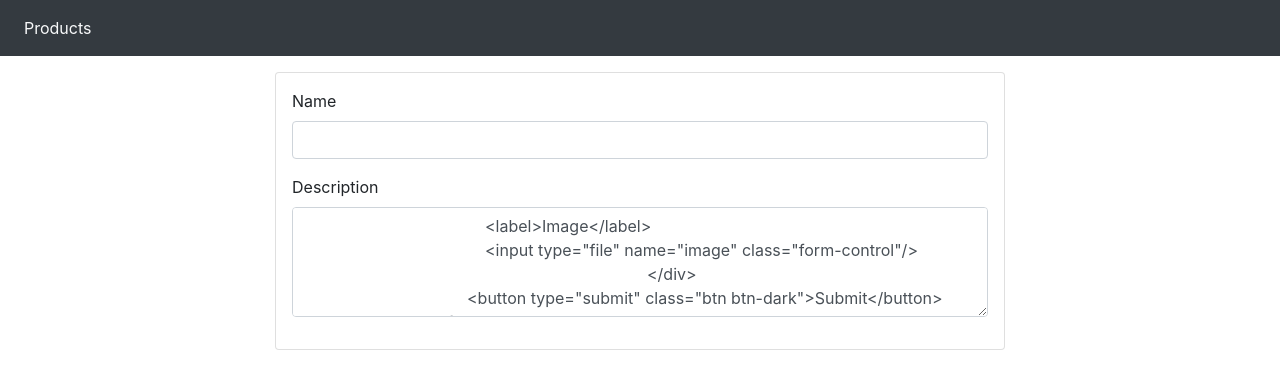
Repository: Aniksaha19/curd
Page: http://localhost/products/create
These files come from the project's save history. The page is drawn as it stood at one moment and after the next save; the edit follows.
The browser window is 1280 px wide. The pictures show the whole page.
The page is served by the project's Laravel application, run on PHP 8.4 with Laravel 10. Other server files are loaded and not shown.

Above is the page before, as saved 2023-06-01 17:25:17.

### routes/web.php
<?php

use Illuminate\Support\Facades\Route;
use App\Http\Controllers\ProductController;

/*
|--------------------------------------------------------------------------
| Web Routes
|--------------------------------------------------------------------------
|
| Here is where you can register web routes for your application. These
| routes are loaded by the RouteServiceProvider and all of them will
| be assigned to the "web" middleware group. Make something great!
|
*/

Route::get('/', [ProductController::class, 'index'])->name('products.index');
Route::get('products/create', [ProductController::class, 'create'])->name('products.create');
Route::post('products/store', [ProductController::class, 'store'])->name('products.store');

### app/Http/Controllers/ProductController.php
<?php

namespace App\Http\Controllers;

use Illuminate\Http\Request;
use App\Models\Product;

class ProductController extends Controller
{
    public function index(){
        return view('products.index');
    }
    public function create(){
        return view('products.create');
    }
    public function store(Request $request){

        //validate date
        $request->validate([
            'name' => 'required',
            'description'=> 'required',
            'image' => 'required|mimes:jpeg,jpg,png,gif|max:1000'
        ]);
        //upload image
        // dd($request->all());
        $imagesName = time().'.'.$request->image->extension();
        $request->image->move(public_path('products'), $imagesName);

        $product = new Product;
        $product->image = $imagesName;
        $product->name = $request->name;
        $product->description = $request->description;

        $product->save();
        return back();
        // dd($imagesName);
    }
}

### resources/views/products/create.blade.php
<!DOCTYPE html>
<html lang="en">
<head>
    <meta charset="UTF-8">
    <meta http-equiv="X-UA-Compatible" content="IE=edge">
    <meta name="viewport" content="width=device-width, initial-scale=1.0">
    <title>Laravel CURD</title>

    <link rel="stylesheet" href="https://cdn.jsdelivr.net/npm/bootstrap@4.6.2/dist/css/bootstrap.min.css">
    <script src="https://cdn.jsdelivr.net/npm/jquery@3.6.4/dist/jquery.slim.min.js"></script>
    <script src="https://cdn.jsdelivr.net/npm/popper.js@1.16.1/dist/umd/popper.min.js"></script>
    <script src="https://cdn.jsdelivr.net/npm/bootstrap@4.6.2/dist/js/bootstrap.bundle.min.js"></script>
</head>
<body>

        <nav class="navbar navbar-expand-sm bg-dark">
            <ul class="navbar-nav">
                <li class="nav-item">
                    <a class="nav-link text-light" href="/">Products</a>
                </li>
            </ul>
        </nav>
           <div class="container">
                <div class="row justify-content-center">
                    <div class="col-sm-8">
                        <div class="card mt-3 p-3">
                            <form method="POST" action="/products/store" enctype="multipart/form-data">
                                @csrf
                                <div class="form-group">
                                    <label>Name</label>
                                    <input type="text" name="name" class="form-control" value="{{ old('name') }}"/>
                                    @if($errors->has('name'))
                                        <span class="text-danger">{{ $errors->first('name') }}</span>
                                    @endif
                                </div>
                                <div class="form-group">
                                    <label>Description</label>
                                    <textarea class="form-control" rows="4" name="description" value="{{ old('name') }}></textarea>
                                    @if($errors->has('description'))
                                        <span class="text-danger">{{ $errors->first('description') }}</span>
                                    @endif
                                </div>
                                    <div class="form-group">
                                        <label>Image</label>
                                        <input type="file" name="image" class="form-control"/>
                                        @if($errors->has('image'))
                                            <span class="text-danger">{{ $errors->first('image') }}</span>
                                        @endif
                                    </div>
                                    <button type="submit" class="btn btn-dark">Submit</button>
                            </form>
                        </div>
                    </div>
                </div>
           </div>
        </div>
</body>
</html>

Loaded but not shown: app/Http/Controllers/Controller.php (common file)

After the next save:
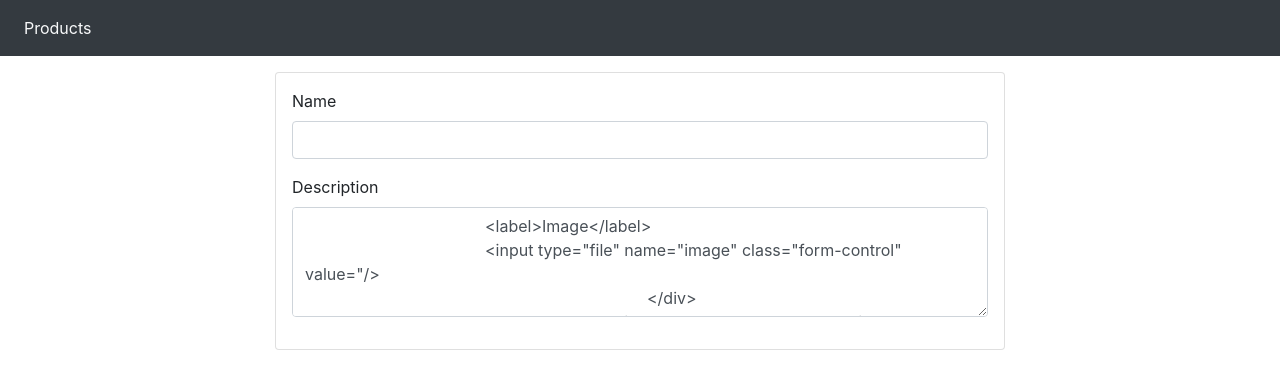
Saved 7 s later.
--- a/resources/views/products/create.blade.php
+++ b/resources/views/products/create.blade.php
@@ -42,7 +42,7 @@
                                 </div>
                                     <div class="form-group">
                                         <label>Image</label>
-                                        <input type="file" name="image" class="form-control"/>
+                                        <input type="file" name="image" class="form-control" value="{{ old('name') }}/>
                                         @if($errors->has('image'))
                                             <span class="text-danger">{{ $errors->first('image') }}</span>
                                         @endif
